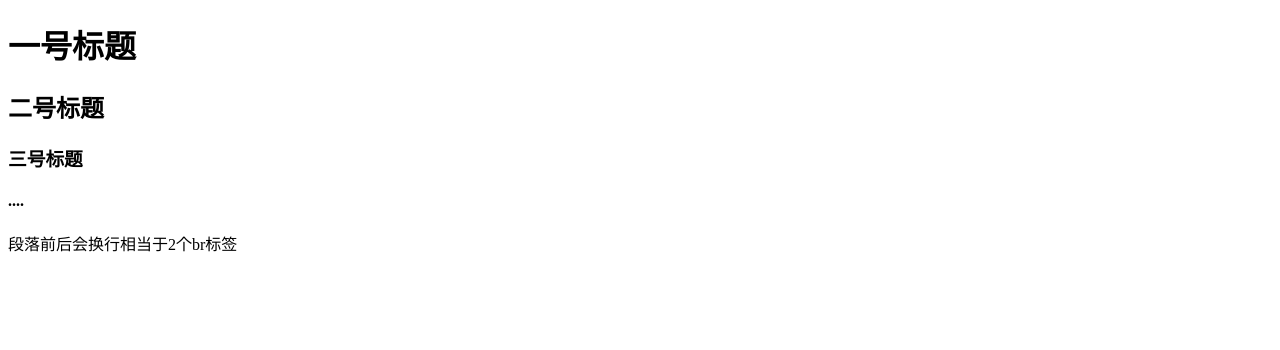
Repository: jarvanstack/vscode
Page: HTML/HTML基础知识.html
These files come from the project's save history. The page is drawn as it stood at one moment and after the next save; the edit follows.
The browser window is 1280 px wide. The pictures show the whole page.

Above is the page before, as saved 2020-06-11 09:20:04.

### HTML/HTML基础知识.html
<!DOCTYPE html>
<html lang="en">
<head>
    <meta charset="UTF-8">
    <meta name="viewport" content="width=device-width, initial-scale=1.0">
    <title>HTML基础知识</title>
</head>
<body>
    <h1>一号标题</h1>
    <h2>二号标题</h2>
    <h3>三号标题</h3>
    <h4>....</h4>
    <p>段落前后会换行相当于2个br标签</p>
    <br>

</body>
</html>

After the next save:
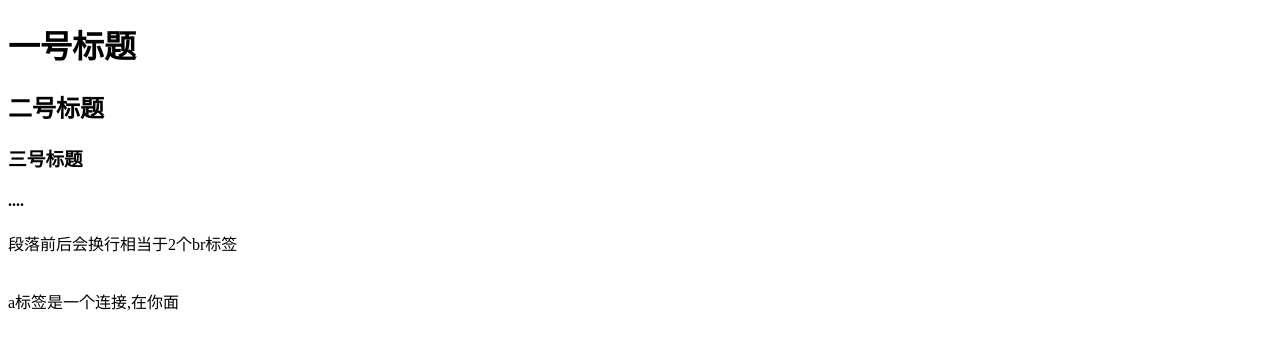
Saved 34 s later.
--- a/HTML/HTML基础知识.html
+++ b/HTML/HTML基础知识.html
@@ -12,6 +12,6 @@
     <h4>....</h4>
     <p>段落前后会换行相当于2个br标签</p>
     <br>
-
+    <a>a标签是一个连接,在你面</a>
 </body>
 </html>
